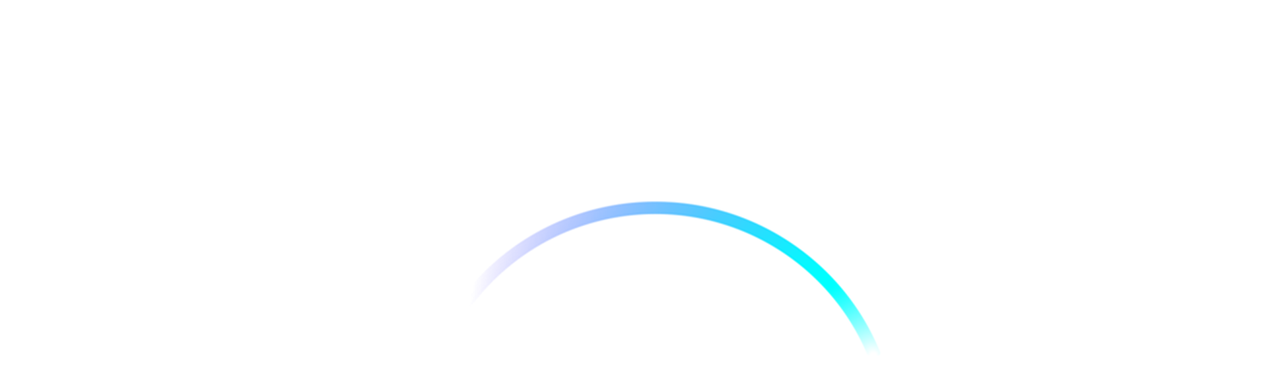
Repository: jkchinthaka/Build-Full-Stack-Disney-clone-Project
Page: / (app in disney clone/)
The author's editor kept a copy of each file at every save. The page is drawn from the files as they stood at one save, then again after a run of saves.
The browser window is 1280 px wide. The pictures show the whole page.
The project was rebuilt for these pictures with package versions that can differ from the ones it lists, and the page was loaded fresh each time. Also part of the build but not shown: disney clone/vite.config.js.

Above is the page before, as saved 2024-11-25 21:00:12.

### disney clone/index.html
<!doctype html>
<html lang="en">
  <head>
    <meta charset="UTF-8" />
    <link rel="icon" type="image/svg+xml" href="/vite.svg" />
    <meta name="viewport" content="width=device-width, initial-scale=1.0" />
    <title>disney clone</title>
  </head>
  <body>
    <div id="root"></div>
    <script type="module" src="/src/main.jsx"></script>
  </body>
</html>

### disney clone/src/index.css

/* Custom global styles */
:root {
  font-family: Inter, system-ui, Avenir, Helvetica, Arial, sans-serif;
  line-height: 1.5;
  font-weight: 400;

  color-scheme: light dark;
  color: rgba(255, 255, 255, 0.87);
  background-color: #242424;

  font-synthesis: none;
  text-rendering: optimizeLegibility;
  -webkit-font-smoothing: antialiased;
  -moz-osx-font-smoothing: grayscale;
}

a {
  font-weight: 500;
  color: #646cff;
  text-decoration: inherit;
}
a:hover {
  color: #535bf2;
}

body {
  margin: 0;
  display: flex;
  place-items: center;
  min-width: 320px;
  min-height: 100vh;
}

h1 {
  font-size: 3.2em;
  line-height: 1.1;
}

button {
  border-radius: 8px;
  border: 1px solid transparent;
  padding: 0.6em 1.2em;
  font-size: 1em;
  font-weight: 500;
  font-family: inherit;
  background-color: #1a1a1a;
  cursor: pointer;
  transition: border-color 0.25s;
}
button:hover {
  border-color: #646cff;
}
button:focus,
button:focus-visible {
  outline: 4px auto -webkit-focus-ring-color;
}

@media (prefers-color-scheme: light) {
  :root {
    color: #213547;
    background-color: #ffffff;
  }
  a:hover {
    color: #747bff;
  }
  button {
    background-color: #f9f9f9;
  }
}

### disney clone/src/App.jsx
/* eslint-disable no-unused-vars */
import { useState } from 'react';
import './App.css';
import Header from './Components/Header';
import ReactDOM from 'react-dom';

// Import the default export 'Header'

function App() {
  const [count, setCount] = useState(0); // You can remove this if unused

  return (
    <div>
      <Header />
    </div>
  );
}

export default App;

### disney clone/src/Components/Header.jsx
/* eslint-disable no-unused-vars */
// eslint-disable-next-line no-unused-vars
import React from 'react'
import logo from './../assets/logo.png'
function Header() {
  return (
   <div>
      <img src={logo} className='w-[80px]'/>
    </div>
  )
}

export default Header

Loaded but not shown: disney clone/src/main.jsx (common file); disney clone/src/App.css (common file)

After the next 2 saves:
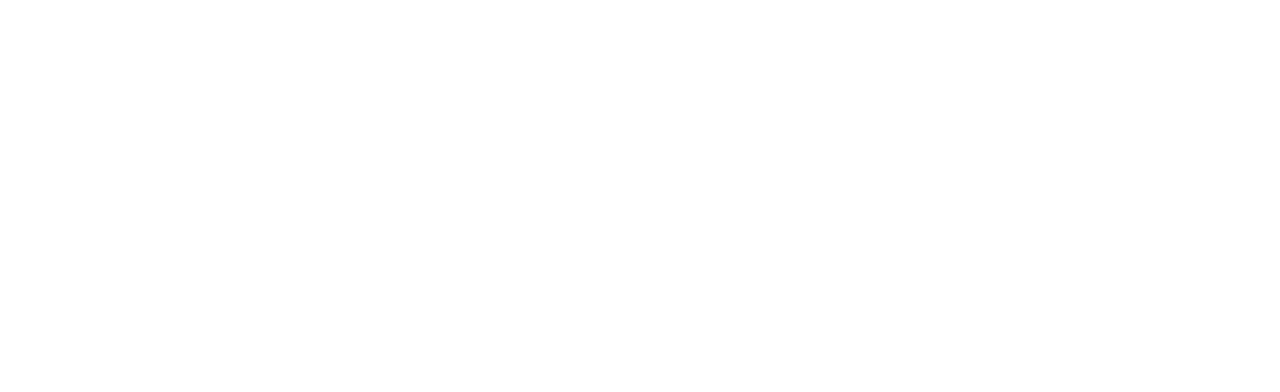
The 2 saves are shown as one change because 1 did not build or start.
The last was saved 21 s later.
--- a/disney clone/src/Components/Header.jsx
+++ b/disney clone/src/Components/Header.jsx
@@ -4,9 +4,7 @@
 import logo from './../assets/logo.png'
 function Header() {
   return (
-   <div>
-      <img src={logo} className='w-[80px]'/>
-    </div>
+   <div></div>
   )
 }
 

After the save that followed:
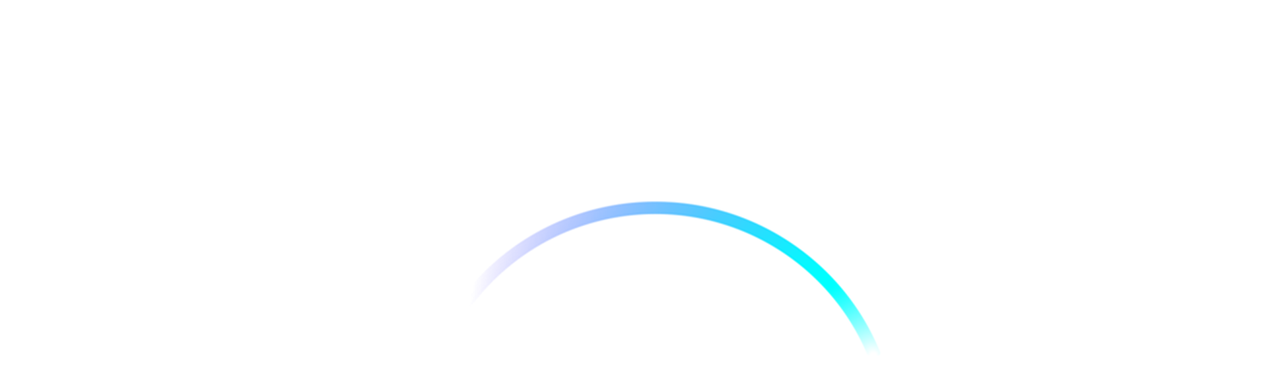
Saved 7 s later.
--- a/disney clone/src/Components/Header.jsx
+++ b/disney clone/src/Components/Header.jsx
@@ -4,7 +4,9 @@
 import logo from './../assets/logo.png'
 function Header() {
   return (
-   <div></div>
+   <div>
+      <img src={logo} className='w-[80px]'/>
+    </div>
   )
 }
 
